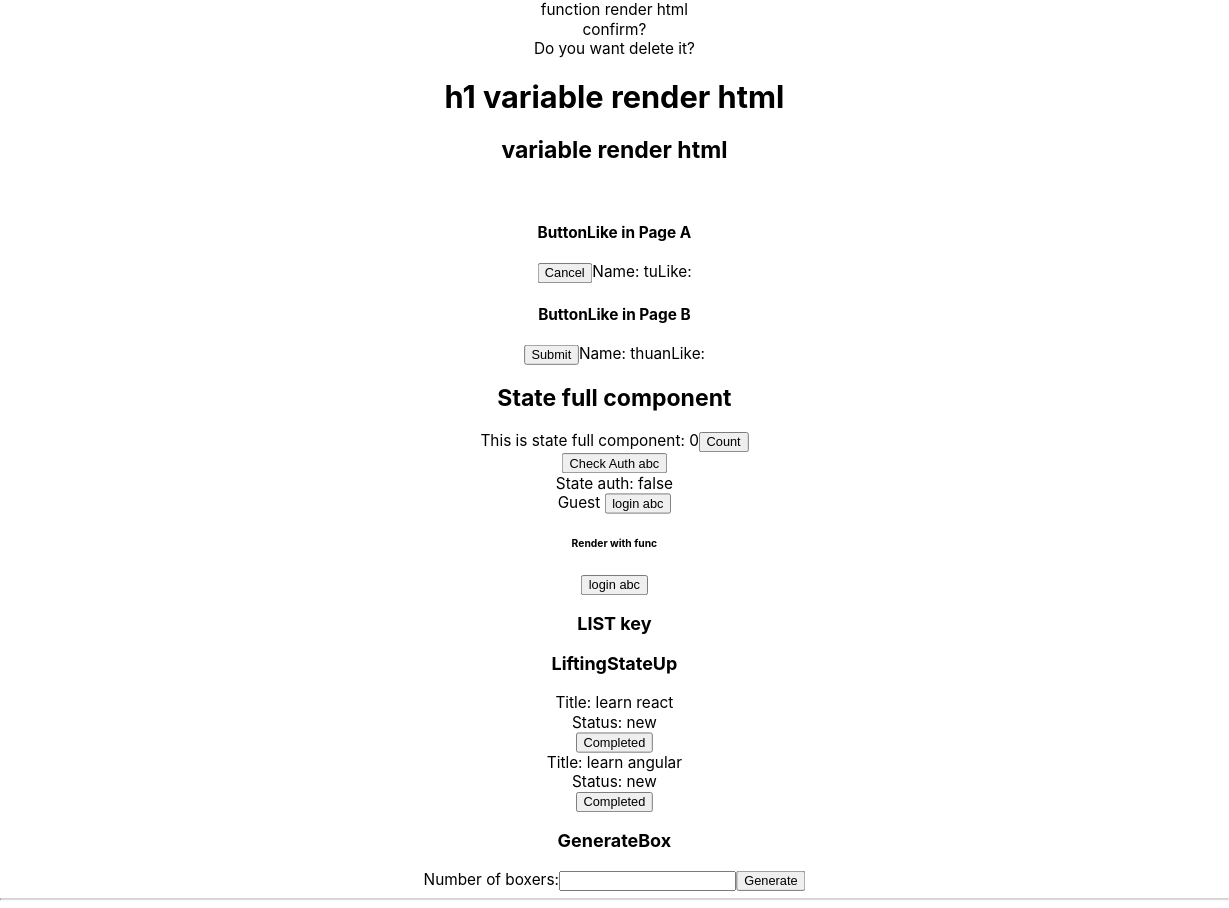
Repository: HoangTu18/reactjs-exercise
Page: /
An editor plug-in stored every save of this project. The page is shown before and after the next save, followed by the edit.
The browser window is 1280 px wide. The pictures show the whole page, at 96% of full size.
The project was rebuilt for these pictures with package versions that can differ from the ones it lists, and the page was loaded fresh each time. Also part of the build but not shown: src/pages/StateObject.jsx.

Above is the page before, as saved 2022-05-28 22:28:32.

After the next save:
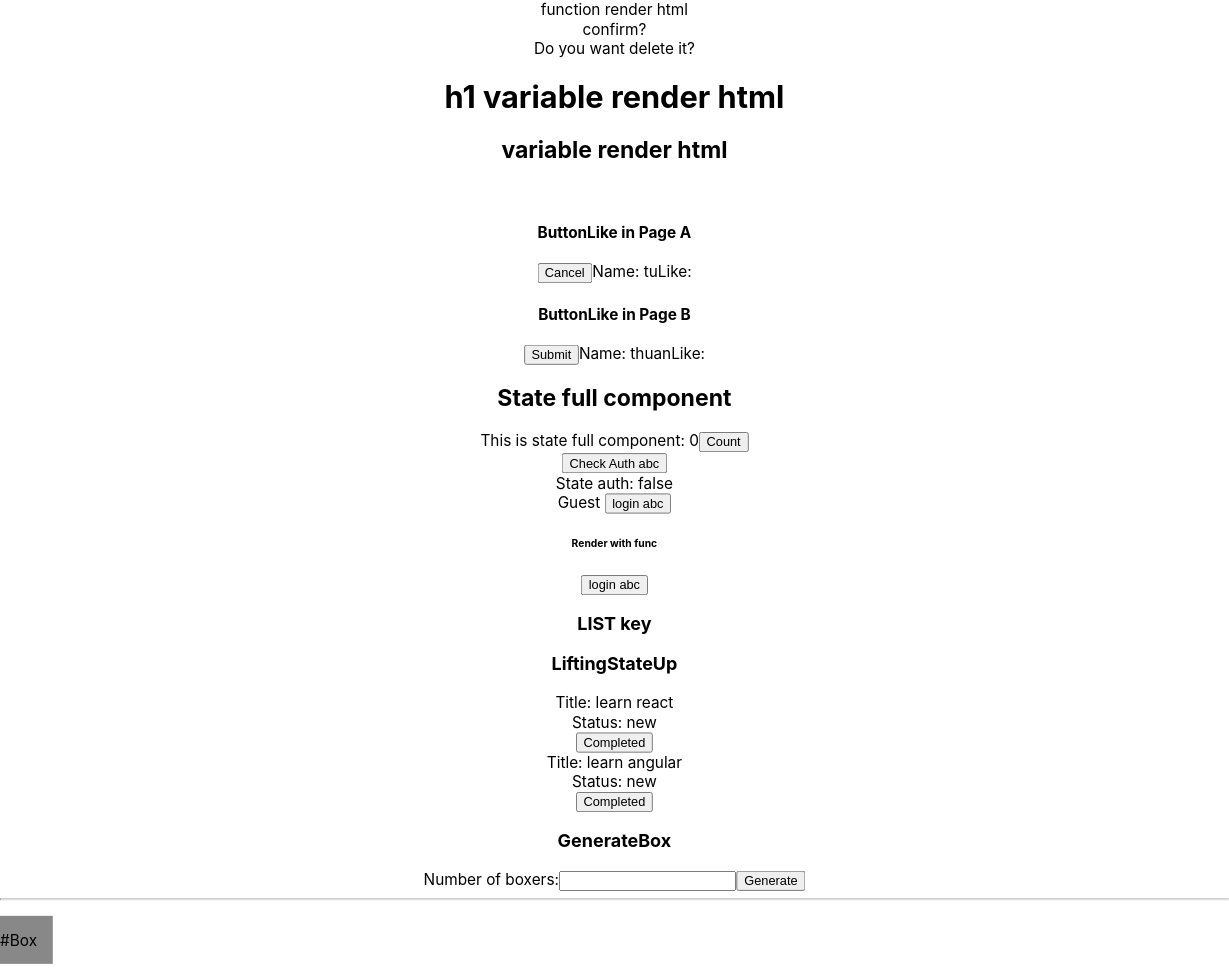
Saved 106 s later.
--- a/src/exercise/GenerateBox.jsx
+++ b/src/exercise/GenerateBox.jsx
@@ -4,12 +4,12 @@ import GenerateBoxList from "../components/GenerateBox/GenerateBoxList";
 function GenerateBox(props) {
   const input = useRef(null);
   let [count, setCount] = useState(0);
-  let [boxs, setBoxs] = useState([]);
+  let [boxs, setBoxs] = useState([1]);
   function handleGenerate() {
     for (let i = 1; i <= input.current.value; i++) {
-      console.log([...boxs, { id: count }]);
-      setBoxs([...boxs, { id: count }]);
-      setCount(++count);
+      // console.log([...boxs, { id: count }]);
+      // setBoxs([...boxs, { id: count }]);
+      // setCount(++count);
     }
   }
   return (
